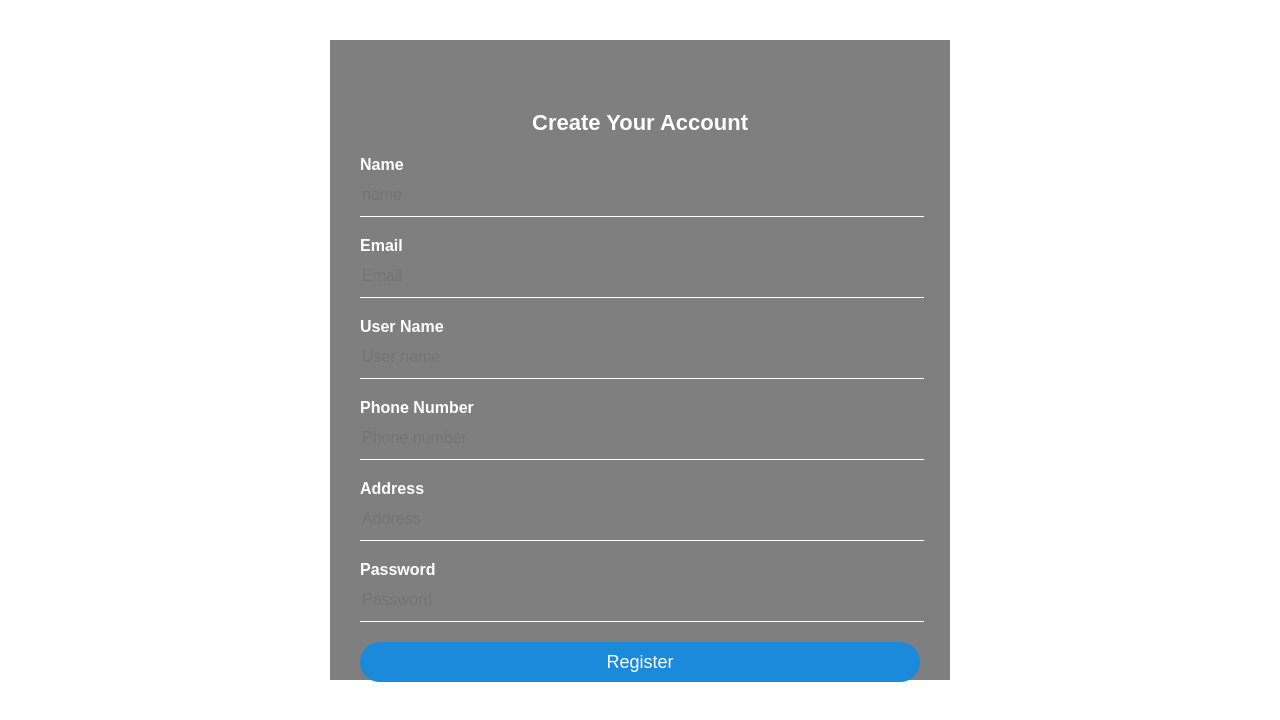
Repository: GamithaManawadu/RentJet-Online-Vehicle-Rental-System
Page: http://localhost/CustomerRegistration/customerinsert.jsp
These files come from the project's save history. The page is drawn as it stood at one moment and after the next save; the edit follows.
The browser window is 1280 px wide. The pictures show the whole page.
The page is served by Tomcat 9. Other server files are loaded and not shown.

Above is the page before, as saved 2020-05-12 11:12:34.

### CustomerRegistration/WebContent/customerinsert.jsp
<%@ page language="java" contentType="text/html; charset=ISO-8859-1"
    pageEncoding="ISO-8859-1"%>
<!DOCTYPE html>
<html>
<head>
<meta charset="ISO-8859-1">
<title>Insert title here</title>
<link rel="stylesheet" type="text/css" href="register.css"/>
</head>
<body>
<div class="register-box">
<h1>Create Your Account</h1>
<form action="insert" method="post">

		<p>Name</p>
		<input type="text" name="name" placeholder="name">
		<p>Email</p>
		<input type="text" name="email" placeholder="Email">
		<p>User Name</p>
		<input type="text" name="userid"placeholder="User name">
		<p>Phone Number</p>
		<input type="text" name="phone" placeholder="Phone number">
		<p>Address</p>
		<input type="text" name="address" placeholder="Address">
		<p>Password</p>
		<input type="password" name="pass" placeholder="Password">

	<input type="submit" name="submit" value="Register">
	</form>
</body>
</html>

### CustomerRegistration/WebContent/register.css
@charset "ISO-8859-1";
body{
    margin: 0;
    padding: 0;
    background color:white;
    background-size: cover;
    background-position: center;
    font-family: sans-serif;
}
.register-box{
    width: 620px;
    height: 640px;
    background: rgba(0, 0, 0, 0.5);
    color: #fff;
    top: 50%;
    left: 50%;
    position: absolute;
    transform: translate(-50%,-50%);
    box-sizing: border-box;
    padding: 70px 30px;
}
.icon{
    width: 100px;
    height: 100px;
    border-radius: 50%;
    position: absolute;
    top: -50px;
    left: calc(50% - 50px);
}
h1{
    margin: 0;
    padding: 0 0 20px;
    text-align: center;
    font-size: 22px;
}
.register-box p{
    margin: 0;
    padding: 0;
    font-weight: bold;
}
.register-box input{
    width: 100%;
    margin-bottom: 20px;
}
.register-box input[type="text"], input[type="password"]
{
    border: none;
    border-bottom: 1px solid #fff;
    background: transparent;
    outline: none;
    height: 40px;
    color: #fff;
    font-size: 16px;
}
.register-box input[type="submit"]
{
    border: none;
    outline: none;
    height: 40px;
    background: #1c8adb;
    color: #fff;
    font-size: 18px;
    border-radius: 20px;
}
.register-box input[type="submit"]:hover
{
    cursor: pointer;
    background: #39dc79;
    color: #000;
}

.register-box a{
    text-decoration: none;
    font-size: 14px;
    color: #fff;
}
.register-box a:hover
{
    color: #39dc79;
}

After the next save:
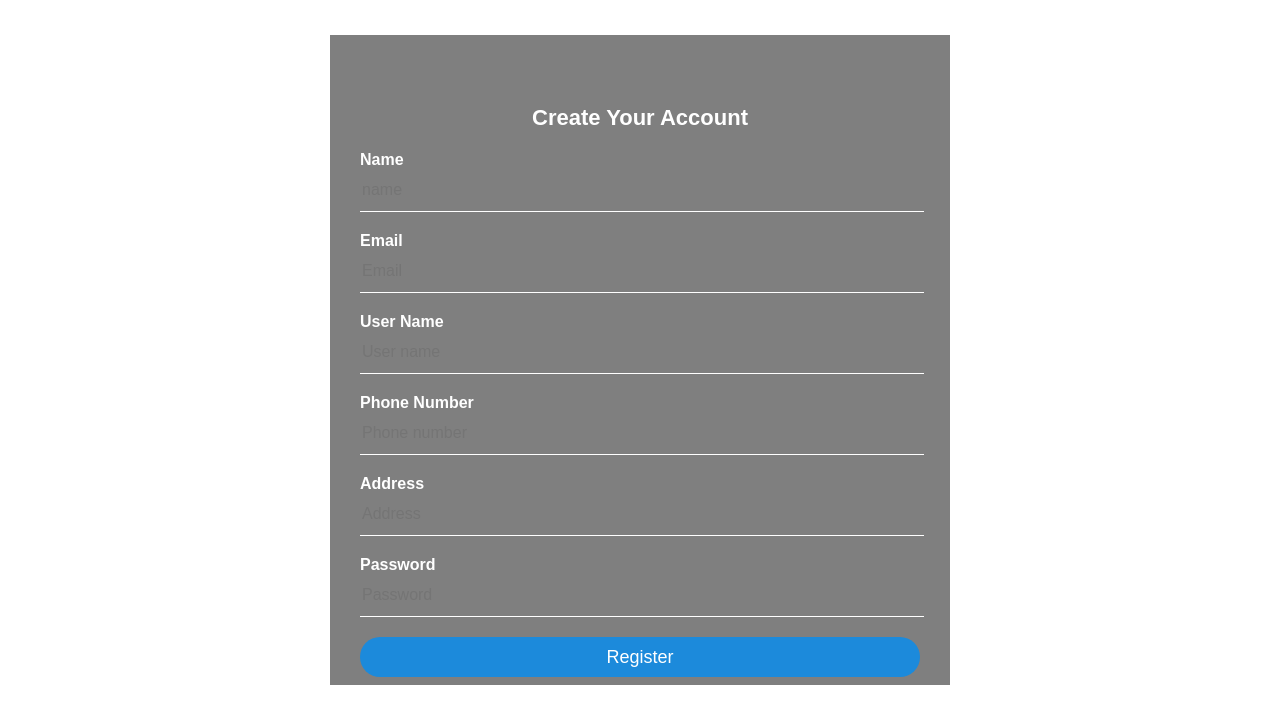
Saved 11 s later.
--- a/CustomerRegistration/WebContent/register.css
+++ b/CustomerRegistration/WebContent/register.css
@@ -9,7 +9,7 @@
 }
 .register-box{
     width: 620px;
-    height: 640px;
+    height: 650px;
     background: rgba(0, 0, 0, 0.5);
     color: #fff;
     top: 50%;
